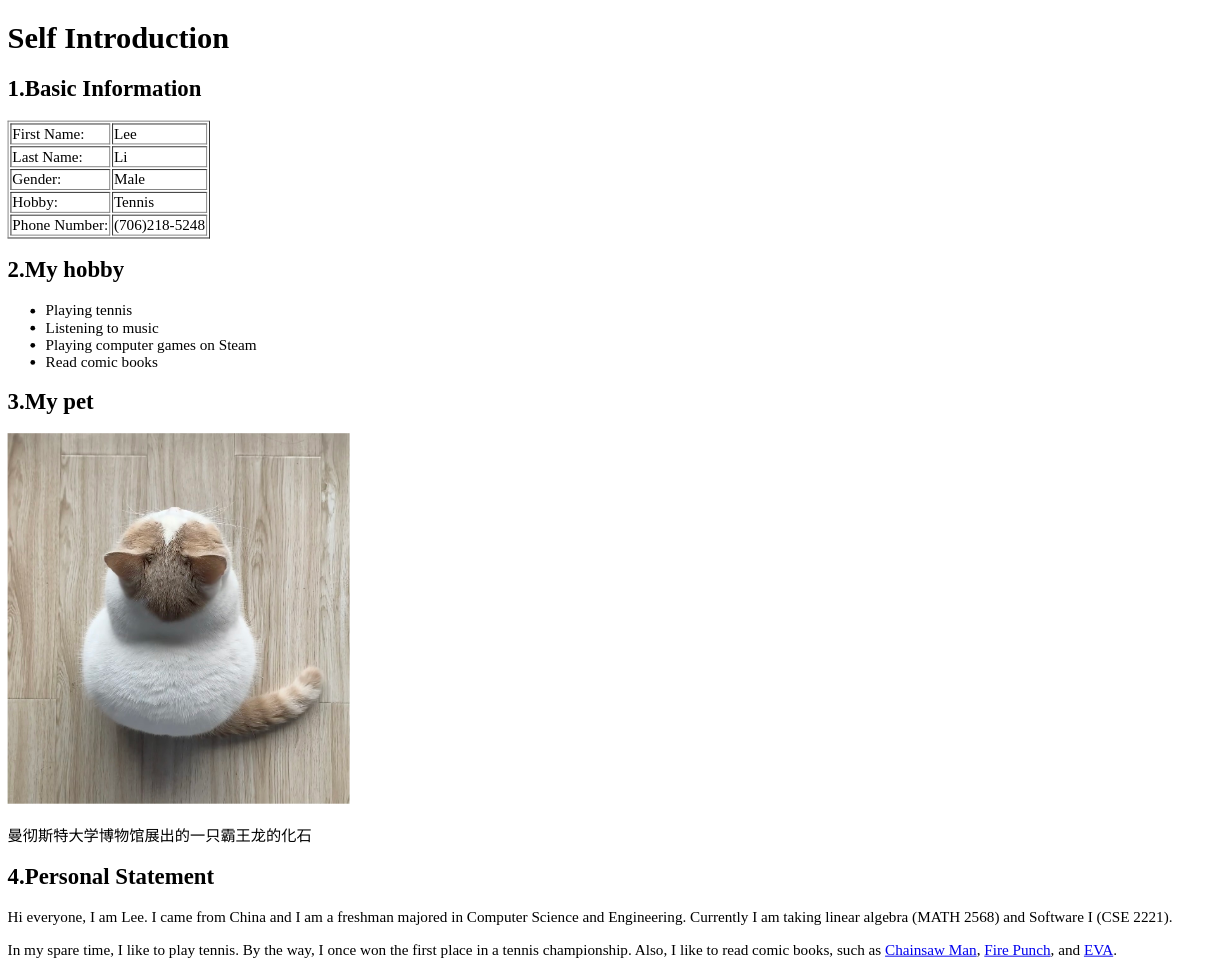
Repository: RigelLM/Java-Learning
Page: HomePage/public/Index.html
An editor plug-in stored every save of this project. The page is shown before and after the next save, followed by the edit.
The browser window is 1280 px wide. The pictures show the whole page, at 95% of full size.

Above is the page before, as saved 2023-01-17 17:45:51.

After the next save:
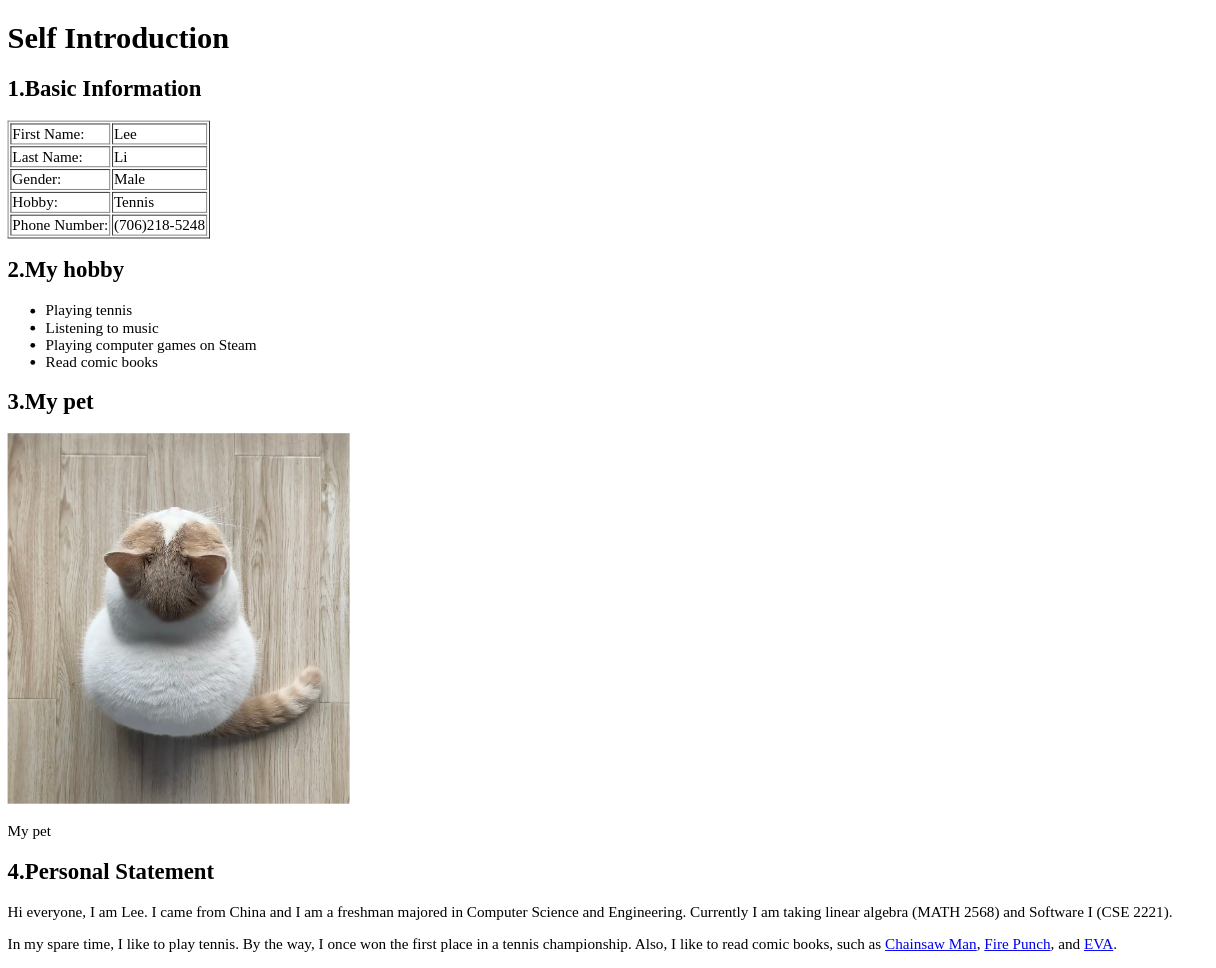
Saved 5 s later.
--- a/HomePage/public/Index.html
+++ b/HomePage/public/Index.html
@@ -41,7 +41,7 @@
      alt="My pet"
      width="360"
      height="390">
-  <p>曼彻斯特大学博物馆展出的一只霸王龙的化石</p>
+  <p>My pet</p>
 </div>
 <h2>4.Personal Statement</h2>
 <p>Hi everyone, I am Lee. I came from China and I am a freshman majored in Computer Science and Engineering. Currently I am taking linear algebra (MATH 2568) and Software I (CSE 2221).</p>
